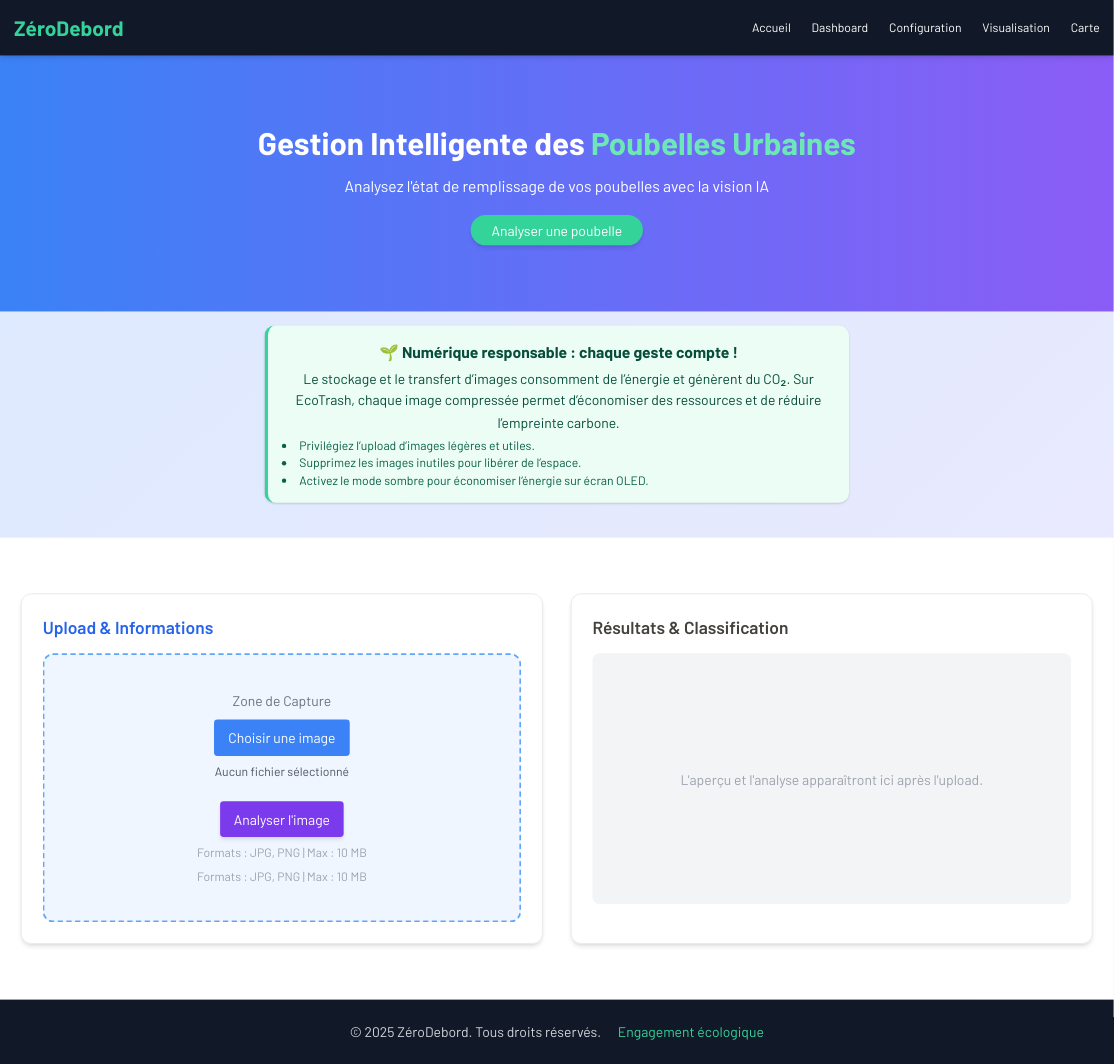
Repository: BaptGBM/MASTERCAMP
Page: http://localhost/
An editor plug-in stored every save of this project. The page is shown before and after the next save, followed by the edit.
The browser window is 1280 px wide. The pictures show the whole page, at 87% of full size.
The page is served by the project's application, run on Flask 3 (app.py). Queries for data that is not in the repository find no rows.

Above is the page before, as saved 2025-07-08 23:27:39.

After the next save:
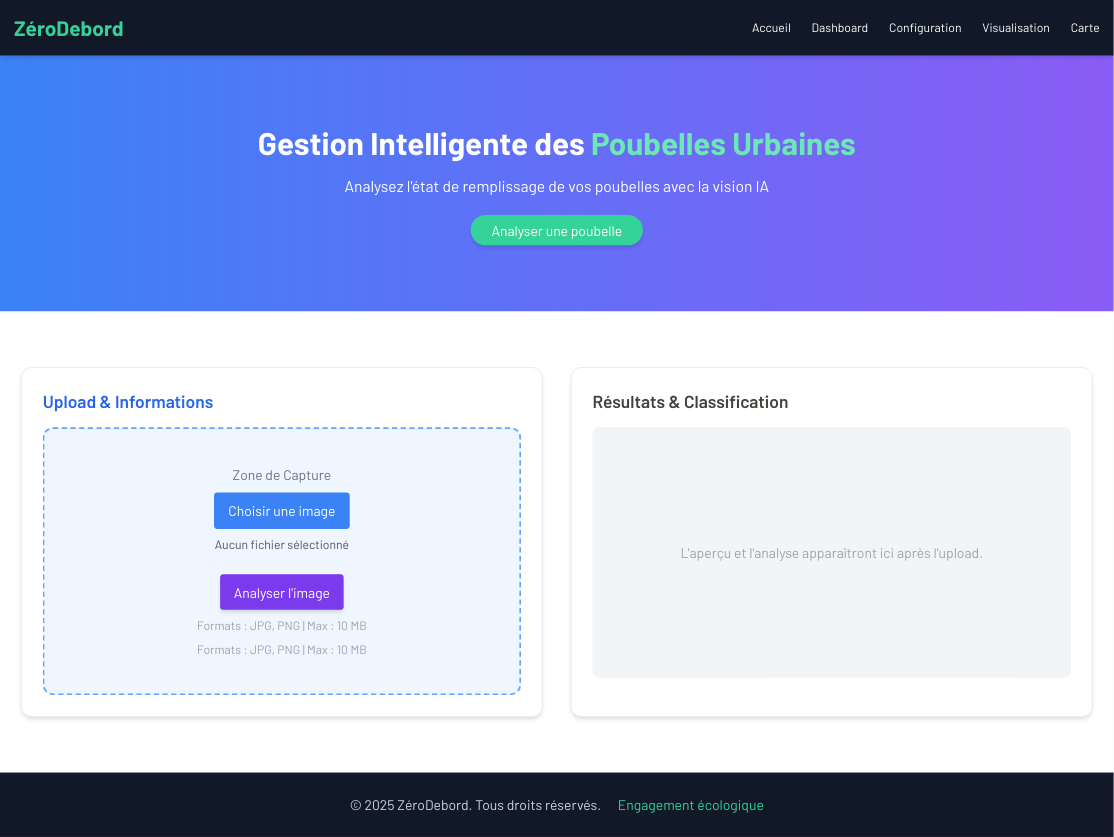
Saved 2 min 13 s later.
--- a/templates/index.html
+++ b/templates/index.html
@@ -41,18 +41,6 @@
     <a href="#upload" class="bg-green-400 text-white px-6 py-2 rounded-full shadow-md hover:bg-green-500 transition">Analyser une poubelle</a>
   </section>
 
-  <section class="py-4 text-center">
-    <div class="max-w-2xl mx-auto bg-green-50 border-l-4 border-green-400 text-green-900 p-4 rounded-xl shadow mb-6">
-      <h3 class="font-bold text-lg mb-1">🌱 Numérique responsable&nbsp;: chaque geste compte !</h3>
-      <p class="mb-1">Le stockage et le transfert d’images consomment de l’énergie et génèrent du CO₂. Sur EcoTrash, chaque image compressée permet d’économiser des ressources et de réduire l’empreinte carbone.</p>
-      <ul class="list-disc list-inside text-left text-green-800 text-sm">
-        <li>Privilégiez l’upload d’images légères et utiles.</li>
-        <li>Supprimez les images inutiles pour libérer de l’espace.</li>
-        <li>Activez le mode sombre pour économiser l’énergie sur écran OLED.</li>
-      </ul>
-    </div>
-  </section>
-
   <!-- ZONE D'UPLOAD ET RÉSULTATS IA -->
   <section id="upload" class="py-16 bg-white">
     <div class="container mx-auto px-6 grid grid-cols-1 md:grid-cols-2 gap-8">
